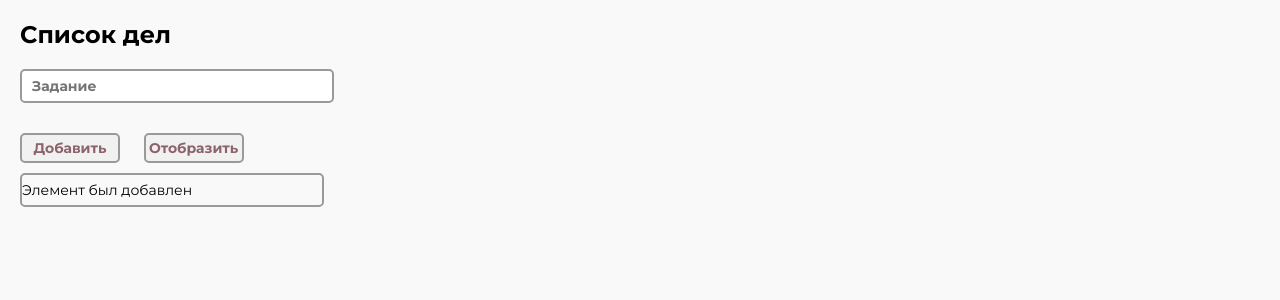
Repository: andbaik/it_unit9
Page: index.html
An editor plug-in stored every save of this project. The page is shown before and after the next save, followed by the edit.
The browser window is 1280 px wide. The pictures show the whole page.

Above is the page before, as saved 2021-04-06 22:15:42.

### index.html
<!DOCTYPE html>
<html lang="ru">
<head>
    <meta charset="UTF-8">
    <meta http-equiv="X-UA-Compatible" content="IE=edge">
    <meta name="viewport" content="width=device-width, initial-scale=1.0">
    <title>Список дел</title>
    <link rel="stylesheet" href="/css/style.css">
</head>
<body>

    <head>
        <h1>Список дел</h1>
    </head>
    <section>
        <input type="text" name="task" id="task" placeholder="Задание">
        <div class="btn-block">
        <button class="add-task btn">Добавить</button>
        <button class="show-task btn">Отобразить</button>
        </div>
        <div class="result">Элемент был добавлен</div>
    </section>
</body>
</html>

### css/style.css
@import url('https://fonts.googleapis.com/css2?family=Montserrat:wght@400;700&display=swap');

* {
    margin: 0;
    padding: 0;
    font-family: 'Montserrat', sans-serif;
    font-size: 14px;
}

body {
    margin: 20px;
    background-color: #FAF9FA;

}

h1 {
    font-size: 24px;
}

input {
    width: 300px;
    height: 30px;
    border: 2px solid #9B9A9B;
    border-radius: 5px;
    color: #6B6A6B;
    outline: none;
    padding-left: 10px;
    font-weight: 700;
    margin: 20px 0;
}

section .btn-block{
    margin: 10px 0;
}

.btn {
    width: 100px;
    height: 30px;
    background-color: #F2F1F2;
    color: #8C636B;
    border: 2px solid #9B9A9B;
    border-radius: 5px;
    font-weight: 700;

}

.show-task{
    margin-left: 20px;
}

.result {
    width: 300px;
    height: 30px;
    border: 2px solid #9B9A9B;
    border-radius: 5px;
    line-height: 30px;
}

/*
9B999B - border
F2F1F2 - btn bacground
6B696B - plasholder color text
C2C1C2 - btn text color

848384 - div color text
C2C1C2 border color div
*/

After the next save:
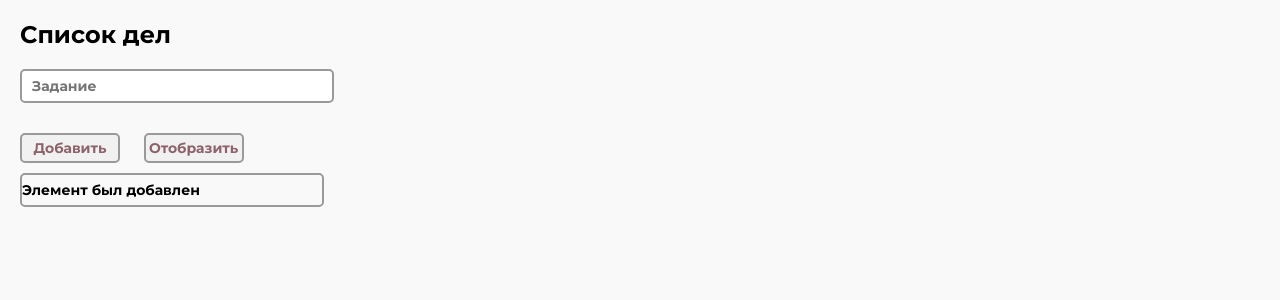
Saved 17 s later.
--- a/css/style.css
+++ b/css/style.css
@@ -54,6 +54,7 @@ section .btn-block{
     border: 2px solid #9B9A9B;
     border-radius: 5px;
     line-height: 30px;
+    font-weight: 700;
 }
 
 /*
